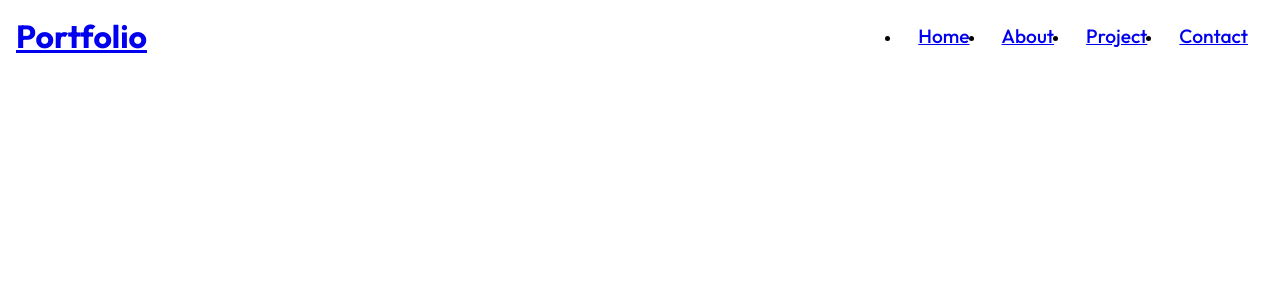
Repository: Hrishabhsinghai/Portfolio
Page: /
The author's editor kept a copy of each file at every save. The page is drawn from the files as they stood at one save, then again after the next save.
The browser window is 1280 px wide. The pictures show the whole page.
The project was rebuilt for these pictures with package versions that can differ from the ones it lists, and the page was loaded fresh each time. Also part of the build but not shown: src/routes/About.js, src/routes/Project.js, src/routes/Contact.js.

Above is the page before, as saved 2023-12-28 15:19:47.

### src/index.css
@import url("https://fonts.googleapis.com/css2?family=Orbitron&family=Outfit:wght@100;200;300;400;500;600;700;800;900&display=swap");
* {
  box-sizing: border-box;
  margin: 0;
  padding: 0;
  font-family: "Outfit", sans-serif;
}

### src/App.js
import "./index.css";
import Home from "./routes/Home";
import About from "./routes/About";
import Project from "./routes/Project";
import Contact from "./routes/Contact";
import { Route, Routes } from "react-router-dom";

function App() {
  return (
    <>
      <Routes>
        <Route path="/" element={<Home />} />{" "}
        <Route path="/project" element={<Project />} />{" "}
        <Route path="/About" element={<About />} />{" "}
        <Route path="/Contact" element={<Contact />} />{" "}
      </Routes>{" "}
    </>
  );
}

export default App;

### src/components/Navbar.js
import { Link } from "react-router-dom";
import "./NavbarStyles.css";

import React from "react";

const Navbar = () => {
  return (
    <div className="header">
      <Link to="/">
        {" "}
        <h1> Portfolio </h1>{" "}
      </Link>{" "}
      <ul className="nav-menu">
        <li>
          <Link to="/"> Home </Link>{" "}
        </li>{" "}
        <li>
          <Link to="/About"> About </Link>{" "}
        </li>{" "}
        <li>
          <Link to="/Project"> Project </Link>{" "}
        </li>{" "}
        <li>
          <Link to="/Contact"> Contact </Link>{" "}
        </li>{" "}
      </ul>{" "}
    </div>
  );
};

export default Navbar;

### src/components/NavbarStyles.css
.nav-menu {
  display: flex;
}

.nav-menu li {
  padding: 0 1rem;
}

.nav-menu li a {
  font-size: 1.2rem;
  font-weight: 500;
}

.header {
  display: flex;
  justify-content: space-between;
  align-items: center;
  padding: 1rem;
}

Loaded but not shown: public/index.html (common file); src/index.js (common file); src/routes/Home.js (common file)

After the next save:
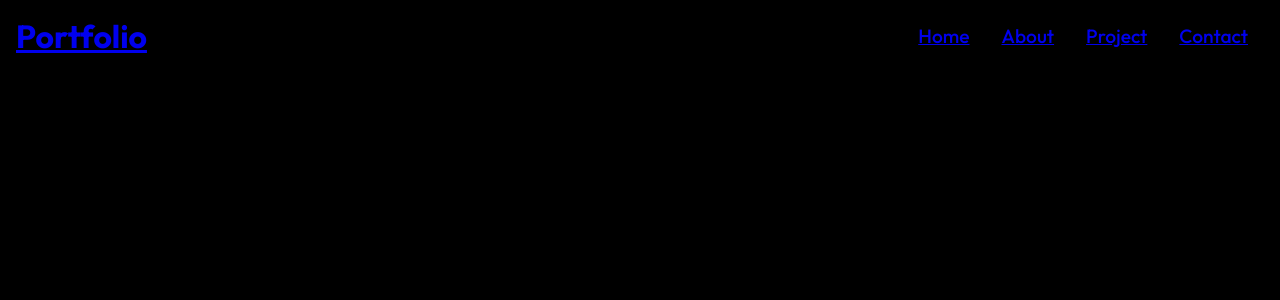
Saved 43 s later.
--- a/src/index.css
+++ b/src/index.css
@@ -5,3 +5,7 @@
   padding: 0;
   font-family: "Outfit", sans-serif;
 }
+
+body {
+  background: black;
+}
